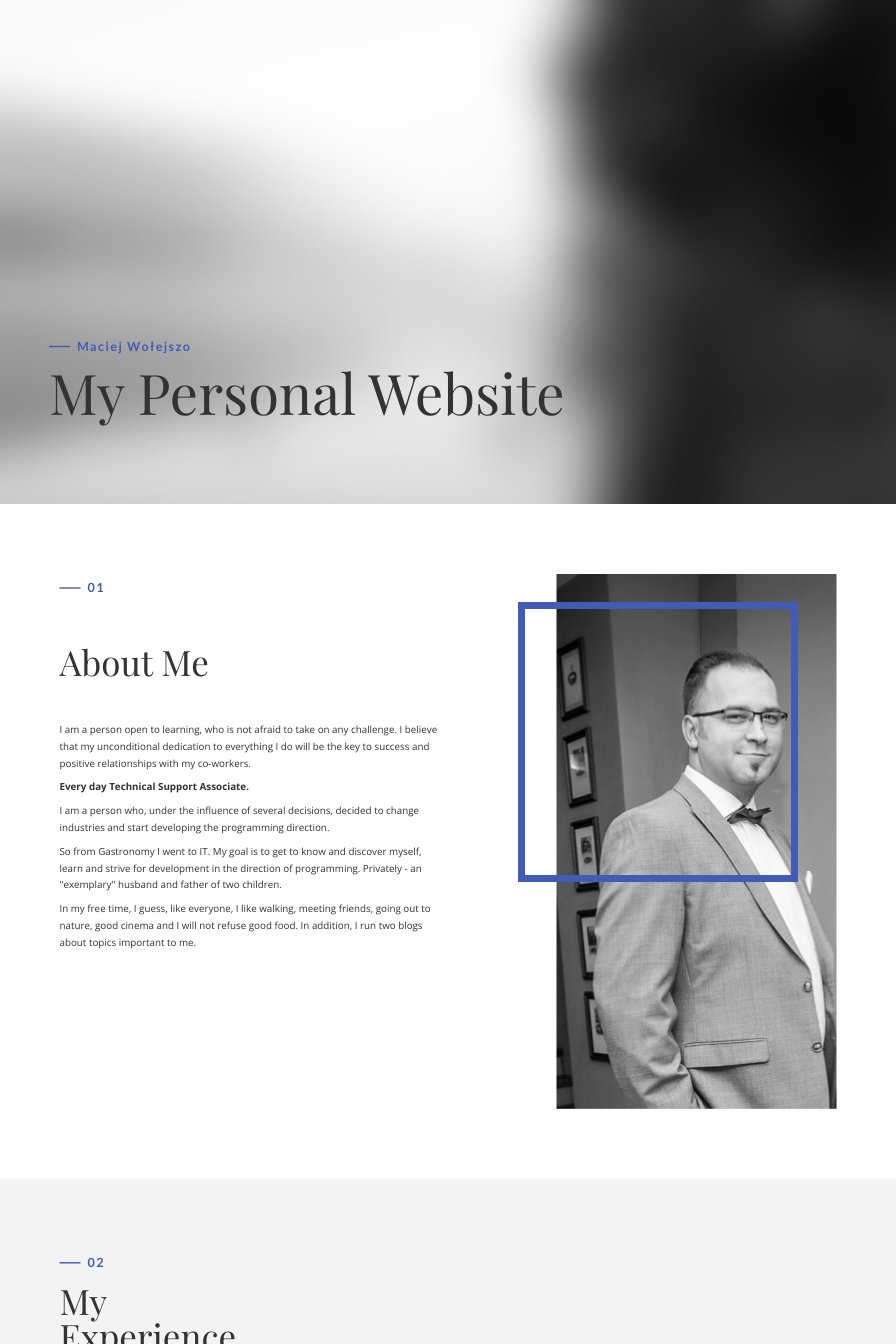
Repository: Maciej85Lodz/maciejwolejszo.pl
Page: index.html
An editor plug-in stored every save of this project. The page is shown before and after the next save, followed by the edit.
The browser window is 1280 px wide. The pictures show the part of the page from y = 0 to 1920 px (the page is 5976 px tall), at 70% of full size.
Some icons come from a web library that is not loaded, so they are not drawn. Some web fonts or font styles are not loaded; a fallback is used. Some web libraries are served in a nearby version.

Above is the page before, as saved 2019-07-01 14:23:43.

After the next save:
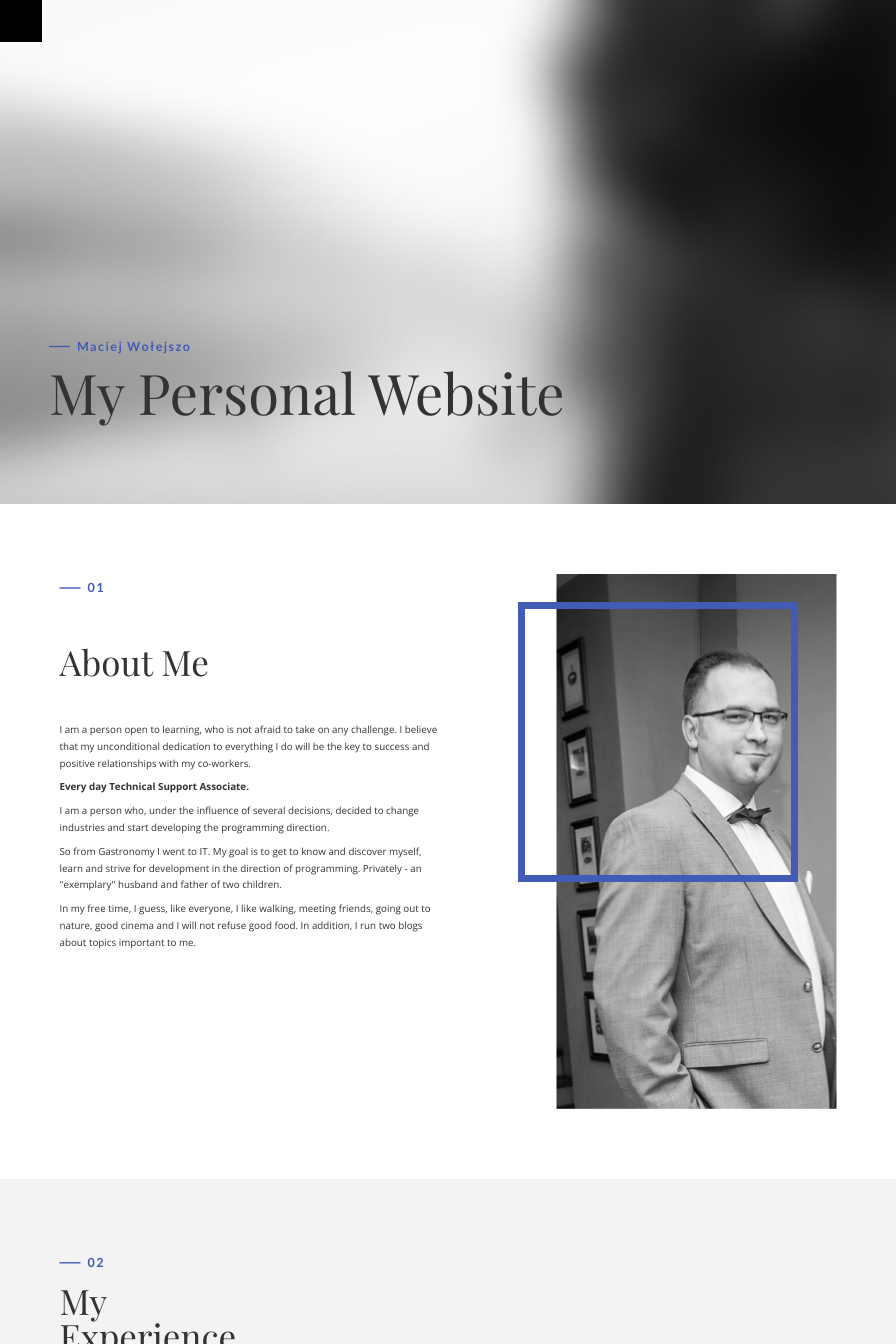
Saved 64 s later.
--- a/css/menu.css
+++ b/css/menu.css
@@ -39,7 +39,7 @@
     width: 60px;
     height: 60px;
     padding: 1rem;
-    background: var(--primary-color);
+    background: black;
     display: flex;
     align-items: center;
     justify-content: center;

After the save that followed:
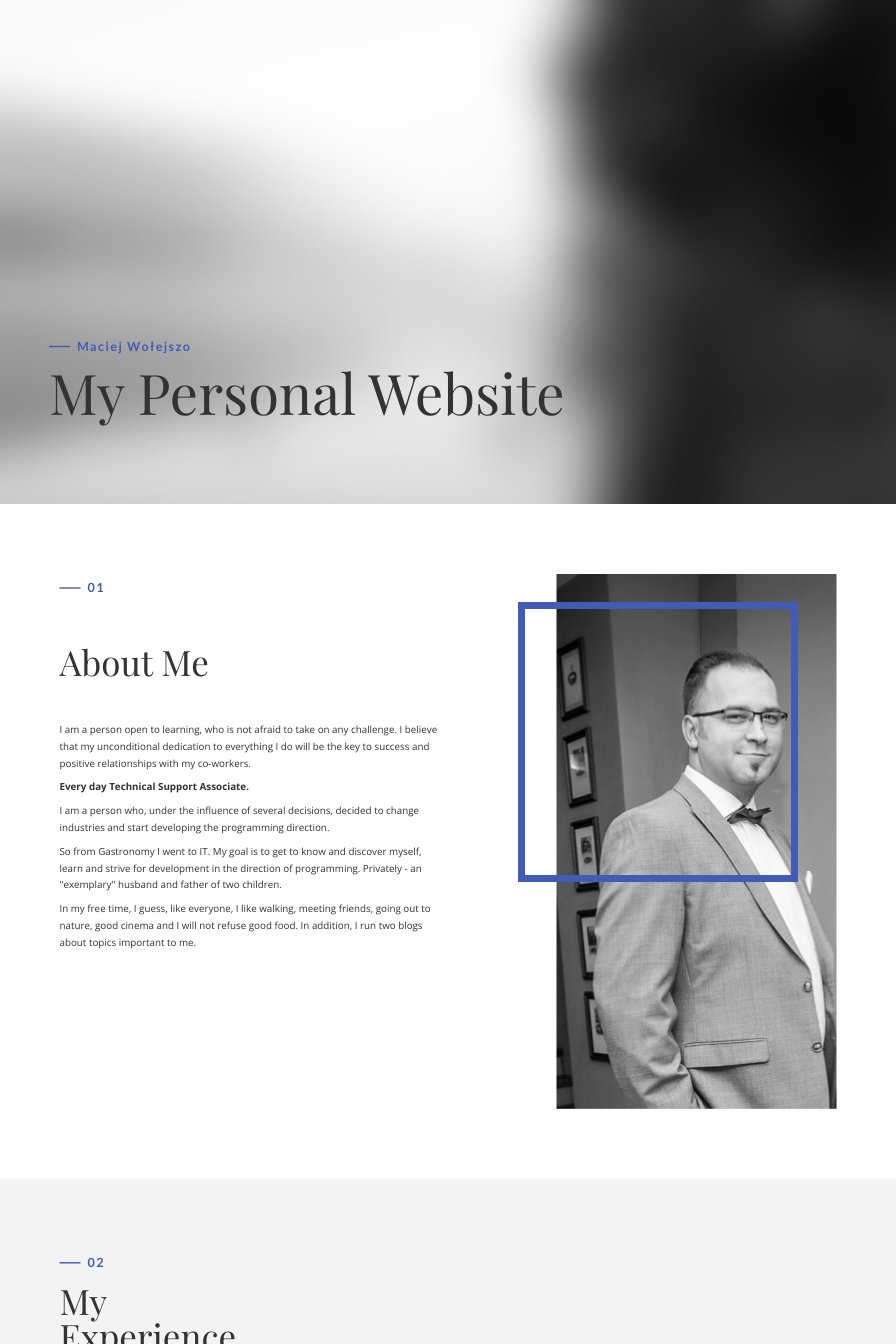
Saved 21 s later.
--- a/css/menu.css
+++ b/css/menu.css
@@ -39,7 +39,7 @@
     width: 60px;
     height: 60px;
     padding: 1rem;
-    background: black;
+    background: inherit;
     display: flex;
     align-items: center;
     justify-content: center;
